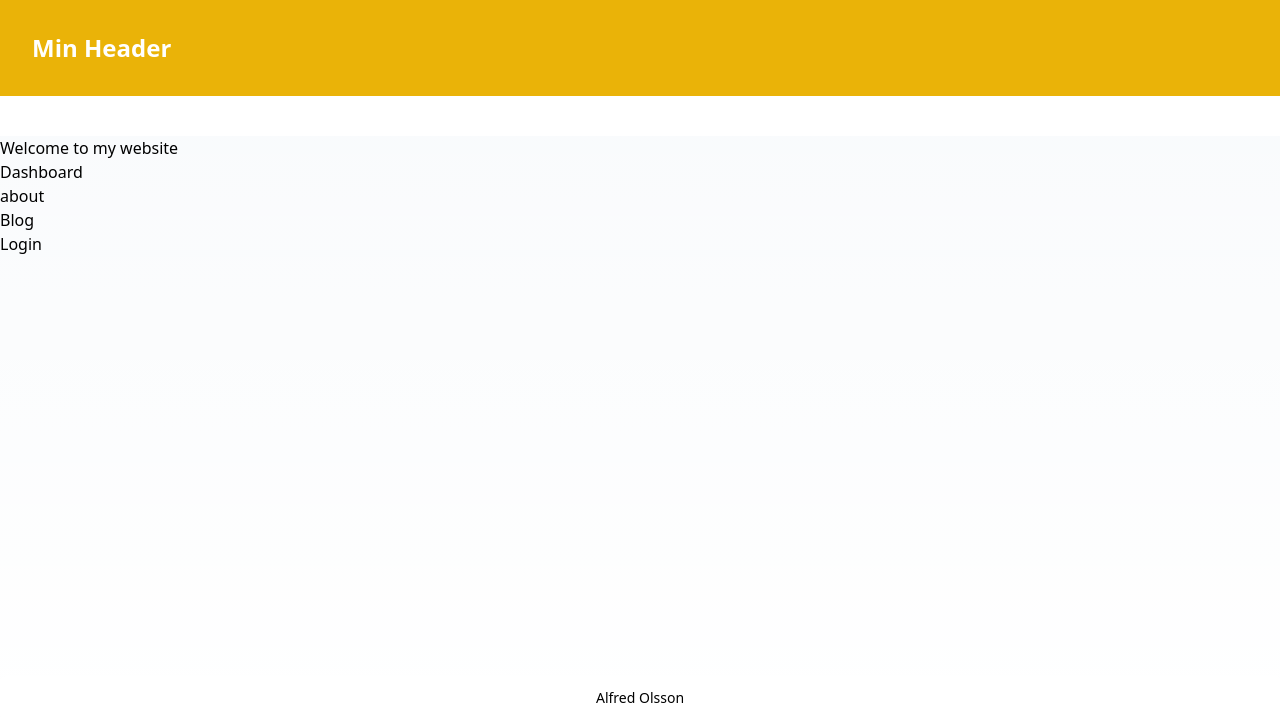
Repository: AlligatorAffe/NextWebsite
Page: /
These files come from the project's save history. The page is drawn as it stood at one moment and after the next save; the edit follows.
The browser window is 1280 px wide. The pictures show the whole page.
The project was rebuilt for these pictures with package versions that can differ from the ones it lists, and the page was loaded fresh each time. The framework's server and built-in components were replaced by stand-ins that run in the browser. Also part of the build but not shown: next.config.js.

Above is the page before, as saved 2024-01-04 21:37:02.

### app/layout.tsx
import './globals.css'
import { Metadata } from 'next'





export const metadata: Metadata = {
  title: 'My webbpage',
  description: 'Welcome to Next.js',
}

/**
 *
 *
 *
 *
 *
 *

const inter = Inter({ subsets: ['latin'] })

export const metadata: Metadata = {
  title: 'Create Next App',
  description: 'Generated by create next app',
}

export default function RootLayout({
  children,
}: {
  children: React.ReactNode
}) {
  return (
    <html lang="en">
      <body>{children}</body>
    </html>
  )
}

 */

export default function RootLayout({
  // Layouts must accept a children prop.
  // This will be populated with nested layouts or pages
  children,
}: {
  children: React.ReactNode
}) {
  return (
    <html lang="en">
      <body className="flex flex-col min-h-screen bg-slate-50 text-black">
        <div className="flex-grow">
          <header className="bg-yellow-500 p-8">
            <h1 className="text-2xl font-bold text-white">Min Header</h1>
          </header>
          <nav className="bg-white p-5"></nav>
          {children}
        </div>
        <footer className="bg-white rounded-md p-3">
          <h3 className="text-black text-center text-sm font-medium">Alfred Olsson</h3>
        </footer>
      </body>
    </html>

  )
}

### app/template.tsx



export default function Template({ children }: { children: React.ReactNode }) {
    return <div>{children}</div>
  }

### app/page.tsx
import Image from 'next/image'
import { Metadata } from 'next'
import Link from 'next/link'

/*
export default function Page() {
  return <div >
      <h1 >
        Welcome to my website
      </h1>
    </div>

}
*/


export const metadata: Metadata = {
  title: 'My Page Title',
}

export default function Page() {
  return <div >
  <h1 >
    Welcome to my website
  </h1>
  <p>   <Link href="/dashboard">Dashboard</Link></p>
  <p>   <Link href="/about">about</Link></p>
  <p>   <Link href="/blogpost">Blog</Link></p>
  <p>   <Link href="/login">Login</Link></p>
</div>
}

Loaded but not shown: app/globals.css (common file); tailwind.config.ts (common file)

After the next save:
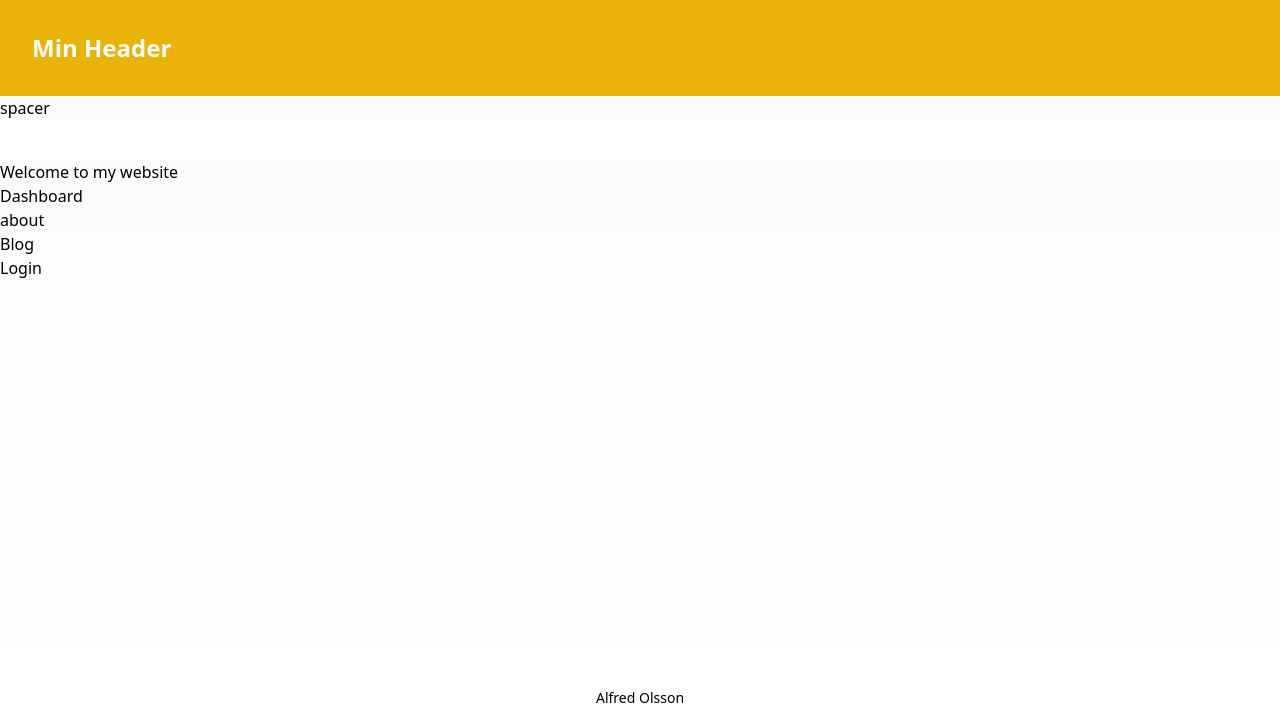
Saved 9 s later.
--- a/app/layout.tsx
+++ b/app/layout.tsx
@@ -53,6 +53,7 @@
           <header className="bg-yellow-500 p-8">
             <h1 className="text-2xl font-bold text-white">Min Header</h1>
           </header>
+          spacer
           <nav className="bg-white p-5"></nav>
           {children}
         </div>

After the save that followed:
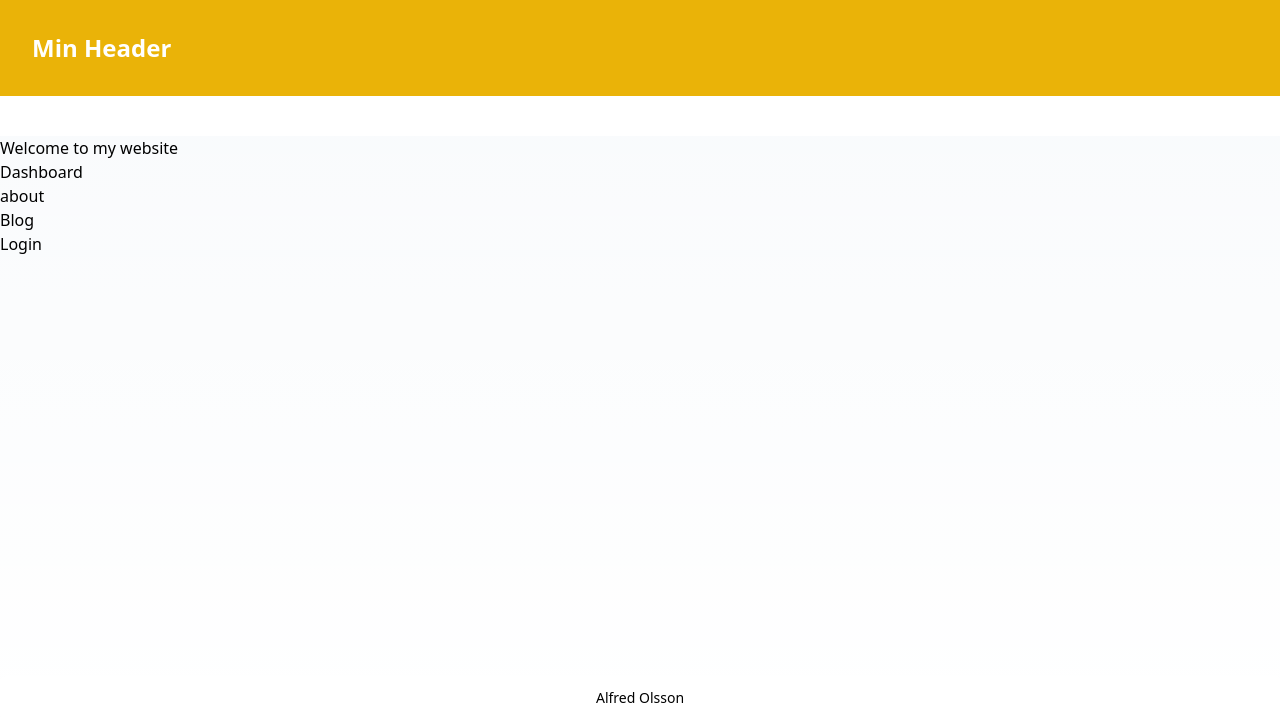
Saved 14 s later.
--- a/app/layout.tsx
+++ b/app/layout.tsx
@@ -53,7 +53,7 @@
           <header className="bg-yellow-500 p-8">
             <h1 className="text-2xl font-bold text-white">Min Header</h1>
           </header>
-          spacer
+
           <nav className="bg-white p-5"></nav>
           {children}
         </div>
